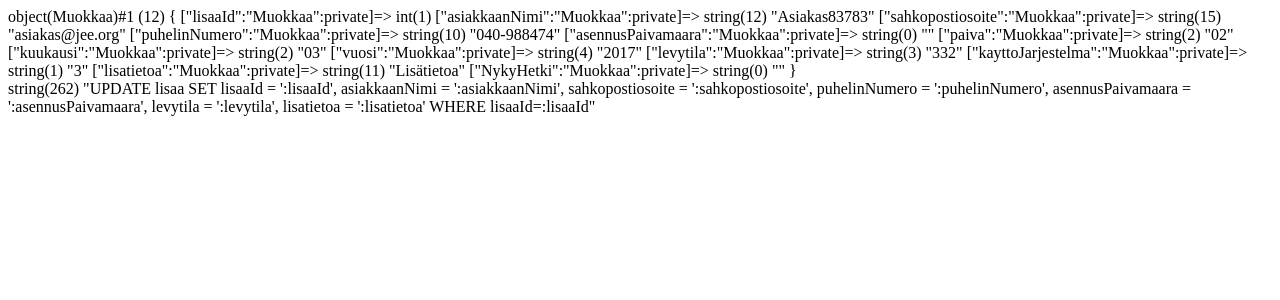
Repository: TommiKurjensalo/php
Page: http://localhost/test/function_to_function.php
These files come from the project's save history. The page is drawn as it stood at one moment and after the next save; the edit follows.
The browser window is 1280 px wide. The pictures show the whole page.
The page is run by PHP 8.4 with error messages shown; the project is at /var/www/html/.

Above is the page before, as saved 2017-04-25 16:27:06.

After the next save:
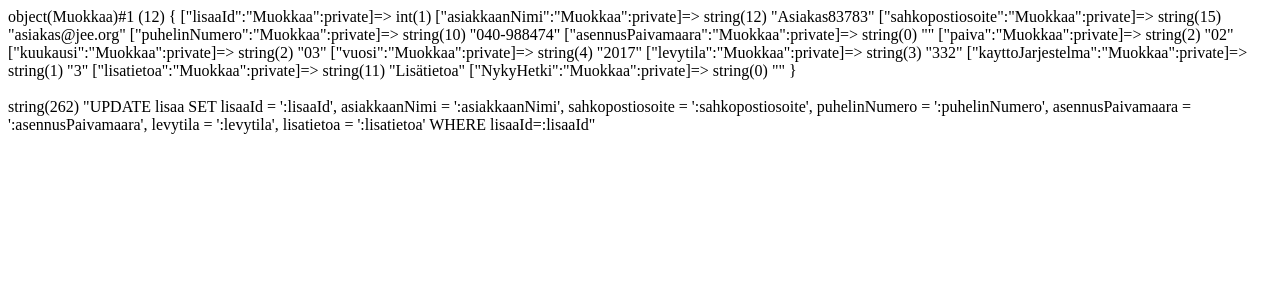
Saved 8 s later.
--- a/sivut/test/function_to_function.php
+++ b/sivut/test/function_to_function.php
@@ -389,7 +389,7 @@ public function muokkaaAsiakas($muokkaa) {
 
 	$sql_lisaa = build_sql_update($table,$data,$where);
 	//$sql_lisaa = Muokkaa::build_sql_update($table, $data, $where);
-	echo "<br>";
+	echo "<br><br>";
 	var_dump($sql_lisaa);
 }
 }
